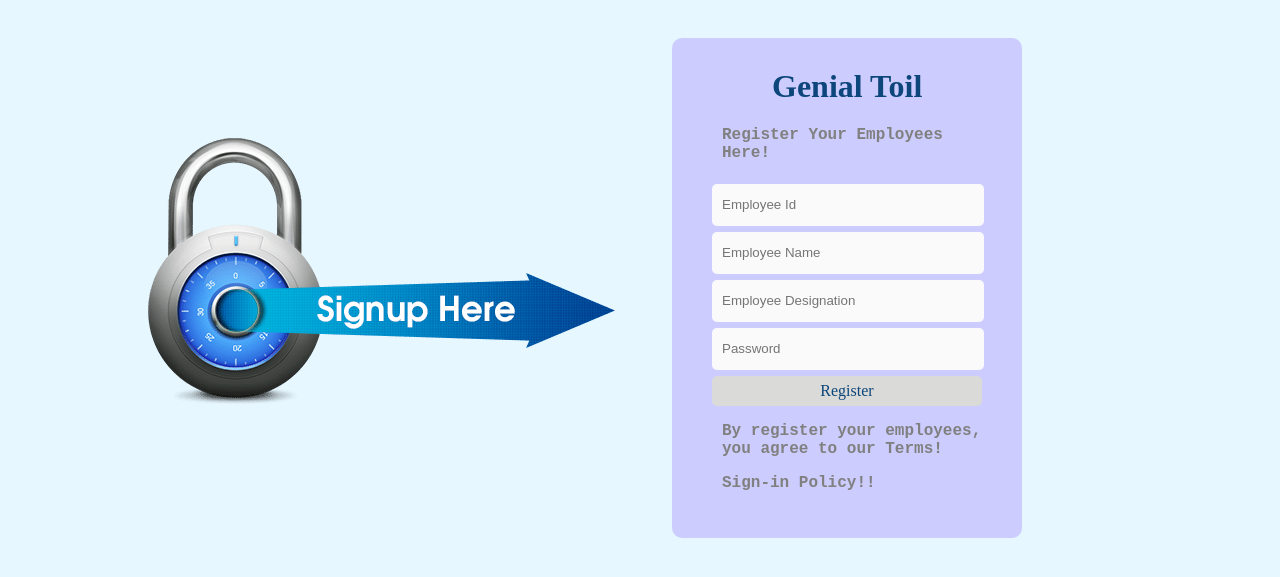
Repository: robin9533/Basic-Programs-App.
Page: GW-Genial Work Proj/GT_GenialToil/WebContent/EmployeeSignup.html
These files come from the project's save history. The page is drawn as it stood at one moment and after the next save; the edit follows.
The browser window is 1280 px wide. The pictures show the whole page.

Above is the page before, as saved 2019-05-10 13:22:21.

### GW-Genial Work Proj/GT_GenialToil/WebContent/EmployeeSignup.html
<!DOCTYPE html>
<html>
<head>
<meta charset="ISO-8859-1">
<title>Employee Registration Form</title>
<link rel="Stylesheet" type="text/css" href="EmployeeSignup.css">
</head>
<body>

	<div class="imgblock">
		<img src="signup.png">
	 </div>

	<div class="registrationblock">
		<h1>Genial Toil</h1>
		<h4>Register Your Employees Here!</h4>


		<Form action="EmployeeSignupServlet">

			<input type="text" name="empId" placeholder="Employee Id"> <input
				type="text" name="empName" placeholder="Employee Name"> <input
				type="text" name="empDes" placeholder="Employee Designation">
			<input type="password" name="empPass" placeholder="Password">
			<button type="button">Register</button>

			<h5>By register your employees, you agree to our Terms! </h5>
				<h5>Sign-in Policy!!</h5>

		</Form>
	</div>

</body>
</html>

### GW-Genial Work Proj/GT_GenialToil/WebContent/EmployeeSignup.css
@charset "ISO-8859-1";

body{
	background-color: #e6f7ff;
}
.registrationblock {
	height:500px;
	width: 350px;
	float:right;
	margin-top: 30px;
	margin-right: 250px;
	border-radius:10px;
	border:0px solid black;
	background-color: #ccccff;
}

.imgblock{
	height:350px;
	width: 500px;
	float:left;
	margin-top: 120px;
	margin-left: 120px;
	border-radius:10px;
	border:0px solid black;
}
.registrationblock input{
	width: 260px;
	height:40px;
	margin-bottom:6px;
	margin-left:40px;
	padding-left: 10px;
	color:graytext;
	background: #fafafa;
	border: none;
	border:0px solid gray;
	border-radius: 5px;

}
.registrationblock button{
	width:270px;
	height:30px;
	margin-left:40px;
	text-align: center;
	cursor: pointer;
	color:#0D467A;
	font-family:inherit;
	font-size:16px;
	background: #DADAD8;
	border-radius:5px;
	border: 0px solid #3897F0;
	}
.registrationblock h1{
	margin-top:30px;
	margin-left: 100px;
	font-family:inherit;
	color:#0D467A;
	cursor: default;
	}

.registrationblock h4{
	padding-left:50px;
	padding-right:40px;
	font-family:monospace;
	font-size:16px;
	color: grey;
	cursor: default;
	}
.registrationblock h5{
	padding-left:50px;
	padding-right:30px;
	margin:16px 0px 0px 0px;
	font-family:monospace;
	font-size:16px;
	color: grey;
	cursor: default;
	border: 0px solid black;
	}

After the next save:
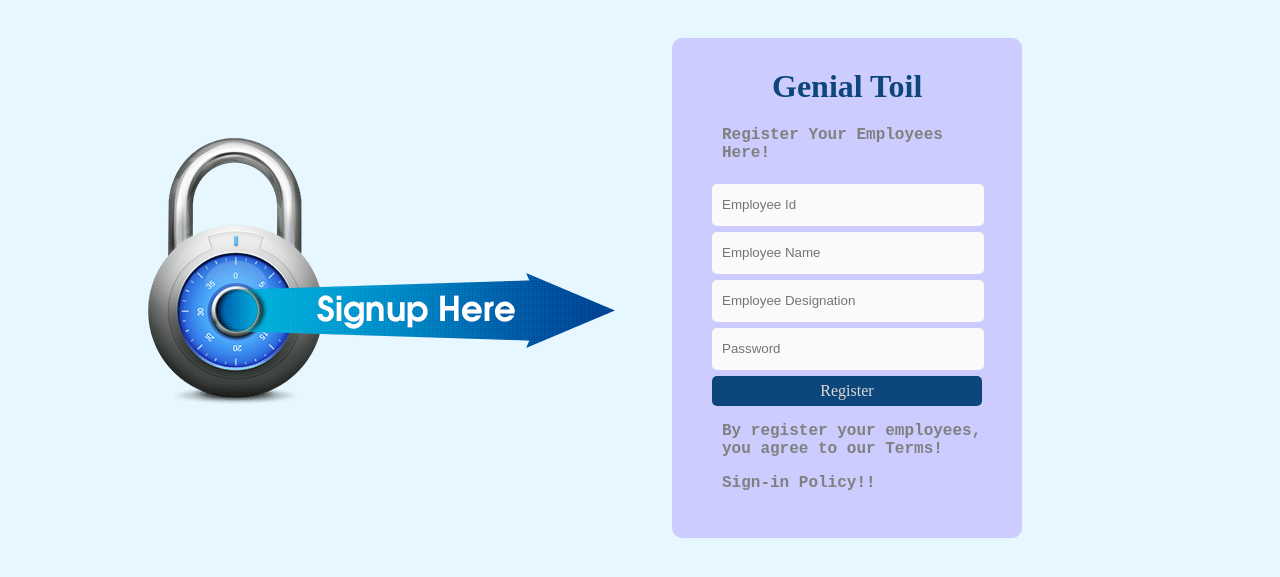
Saved 103 s later.
--- a/GW-Genial Work Proj/GT_GenialToil/WebContent/EmployeeSignup.css
+++ b/GW-Genial Work Proj/GT_GenialToil/WebContent/EmployeeSignup.css
@@ -42,10 +42,10 @@ body{
 	margin-left:40px;
 	text-align: center;
 	cursor: pointer;
-	color:#0D467A;
+	color: #DADAD8;
 	font-family:inherit;
 	font-size:16px;
-	background: #DADAD8;
+	background: #0D467A;
 	border-radius:5px;
 	border: 0px solid #3897F0;
 	}
